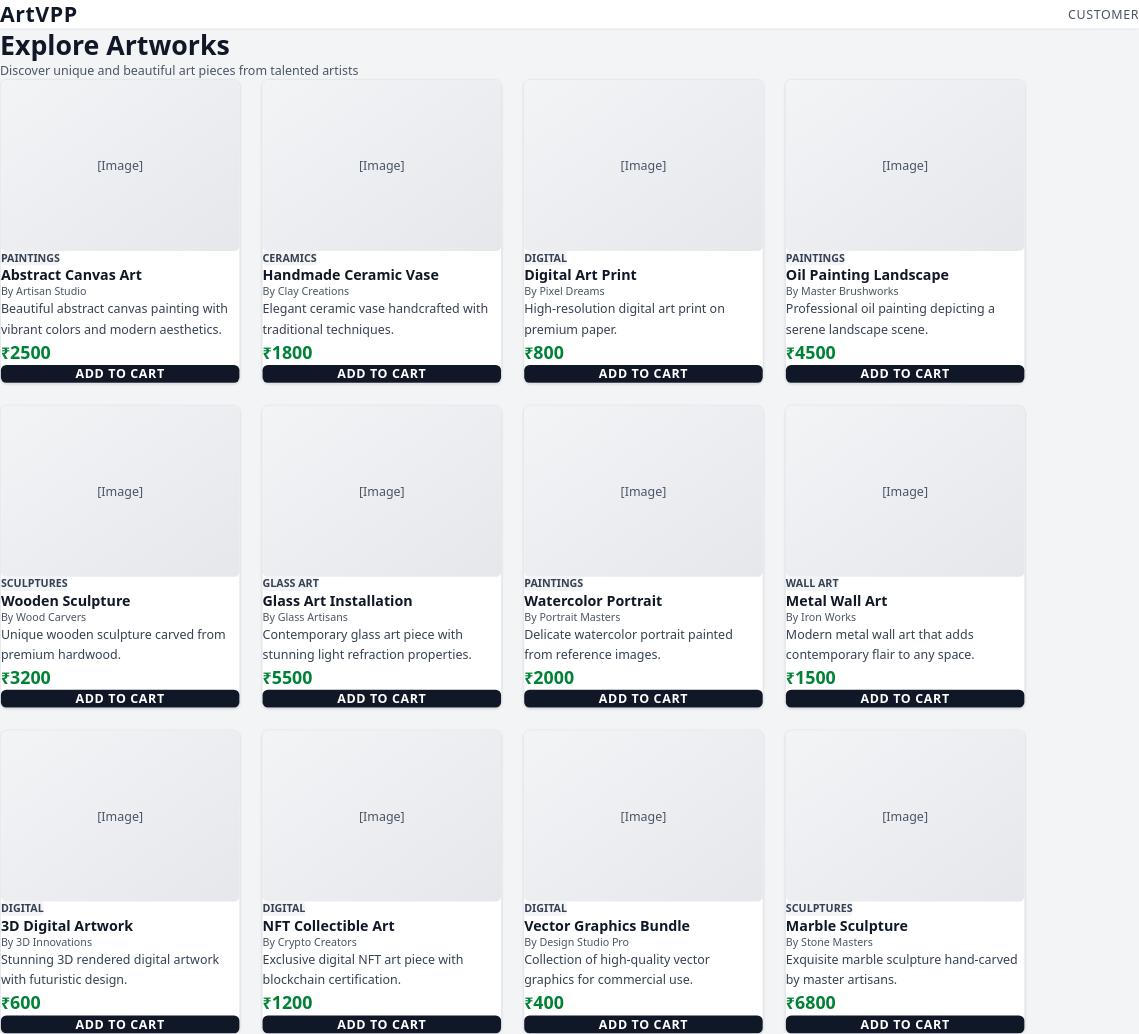
Repository: rushikesh-kolpe21/artvpp
Page: / (app in frontend/)
An editor plug-in stored every save of this project. The page is shown before and after the next save, followed by the edit.
The browser window is 1280 px wide. The pictures show the whole page, at 89% of full size.
The project was rebuilt for these pictures with package versions that can differ from the ones it lists, and the page was loaded fresh each time. Also part of the build but not shown: frontend/vite.config.js.

Above is the page before, as saved 2026-02-06 15:39:44.

After the next save:
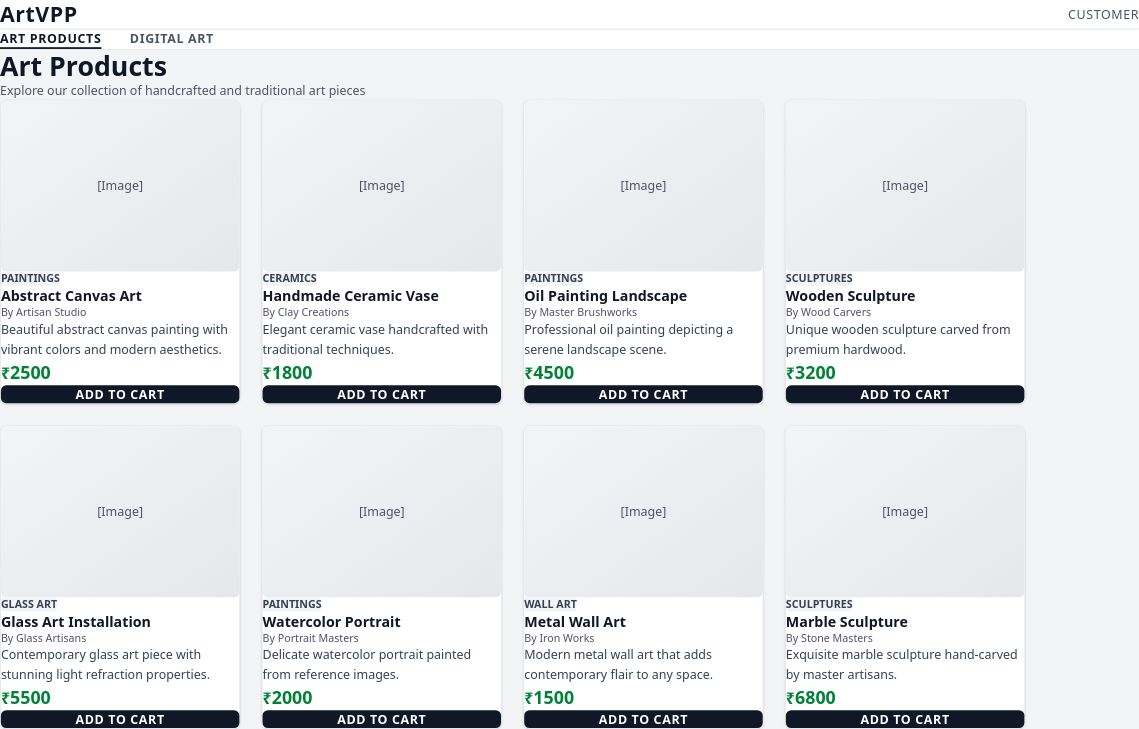
Saved 4 s later.
--- a/frontend/src/App.jsx
+++ b/frontend/src/App.jsx
@@ -1,7 +1,7 @@
-import CustomerDashboard from './CustomerDashboard'
+import ProductViewPage from './ProductViewPage'
 
 function App() {
-  return <CustomerDashboard />
+  return <ProductViewPage />
 }
 
 export default App
